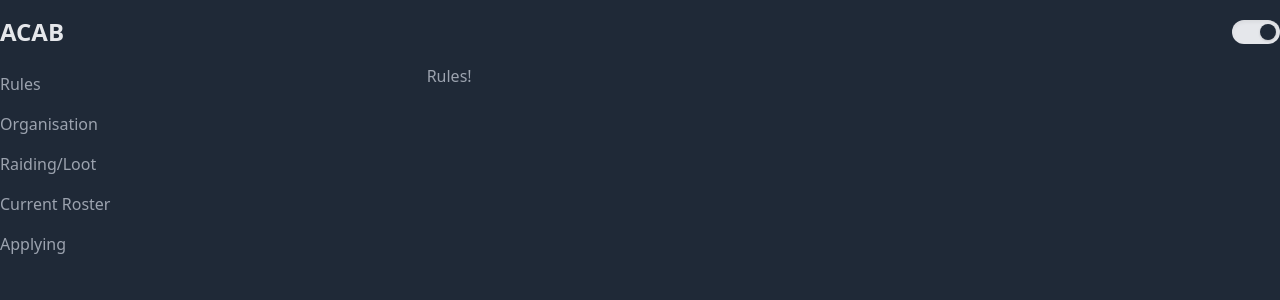
Repository: eaang/catguild_frontend
Page: /rules
The author's editor kept a copy of each file at every save. The page is drawn from the files as they stood at one save, then again after the next save.
The browser window is 1280 px wide. The pictures show the whole page.
The project was rebuilt for these pictures with package versions that can differ from the ones it lists, and the page was loaded fresh each time. The framework's server and built-in components were replaced by stand-ins that run in the browser. Also part of the build but not shown: nuxt.config.js, components/ContentBox.vue, components/ContentEditor.vue, components/ImageBox.vue, components/SidebarMain.vue, components/SidebarSub.vue, components/TheFoooter.vue, components/icons/ChevronDown.vue and 20 more. Imported but missing from the stored project, and not drawn on this page: apollo/queries/categories/category.

Above is the page before, as saved 2021-04-02 19:11:53.

After the next save:
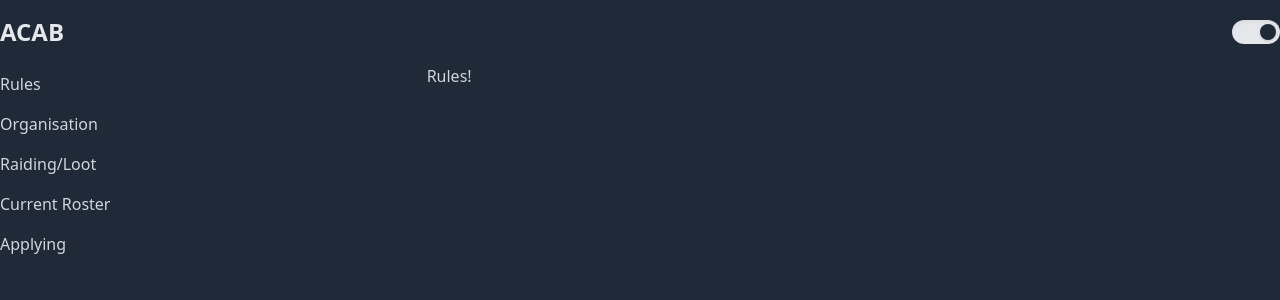
Saved 22 s later.
--- a/layouts/default.vue
+++ b/layouts/default.vue
@@ -1,7 +1,7 @@
 <template>
   <div :class="{ dark: darkTheme }">
     <div
-      class="relative pt-16 h-screen theme bg-gray-400 text-gray-800 dark:bg-gray-800 dark:text-gray-400 transition duration-200"
+      class="relative pt-16 h-screen theme bg-gray-300 text-gray-800 dark:bg-gray-800 dark:text-gray-300 transition duration-200"
     >
       <TheHeader class="absolute inset-x-0 top-0" />
       <div class="container h-full">
